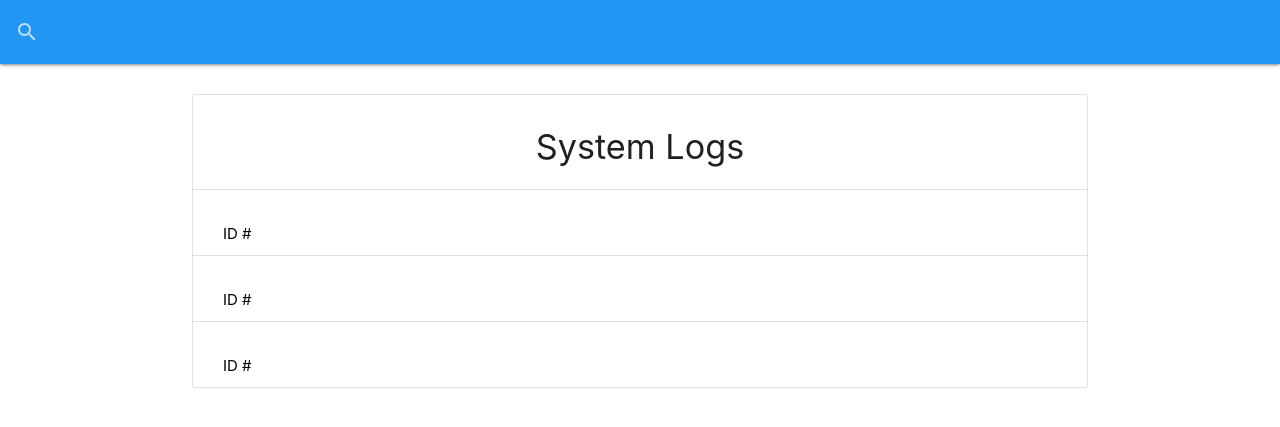
Repository: chinmayparab/log-keeper
Page: /
These files come from the project's save history. The page is drawn as it stood at one moment and after the next save; the edit follows.
The browser window is 1280 px wide. The pictures show the whole page.
The project was rebuilt for these pictures with package versions that can differ from the ones it lists, and the page was loaded fresh each time. Requests to the local data server were answered from the project's data file. Also part of the build but not shown: src/App.css.

Above is the page before, as saved 2020-06-26 23:55:07.

### public/index.html
<!DOCTYPE html>
<html lang="en">
  <head>
    <meta charset="utf-8" />
    <link rel="icon" href="%PUBLIC_URL%/favicon.ico" />
    <meta name="viewport" content="width=device-width, initial-scale=1" />
    <meta name="theme-color" content="#000000" />
    <meta
      name="description"
      content="Web site created using create-react-app"
    />
    <link rel="apple-touch-icon" href="%PUBLIC_URL%/logo192.png" />
    <link
      href="https://fonts.googleapis.com/icon?family=Material+Icons"
      rel="stylesheet"
    />
    <link rel="manifest" href="%PUBLIC_URL%/manifest.json" />
    <title>System Logger</title>
  </head>
  <body>
    <noscript>You need to enable JavaScript to run this app.</noscript>
    <div id="root"></div>
  </body>
</html>

### src/App.js
import React, { Fragment, useEffect } from "react";
import SearchBar from "./components/layout/SearchBar";
import Logs from "./components/logs/Logs";
import "materialize-css/dist/css/materialize.min.css";
import M from "materialize-css/dist/js/materialize.min.js";
import "./App.css";

const App = () => {
  useEffect(() => {
    M.AutoInit();
  });

  return (
    <Fragment>
      <SearchBar />
      <div className='container'>
        <Logs />
      </div>
    </Fragment>
  );
};

export default App;

### src/components/layout/SearchBar.js
import React from "react";

const SearchBar = () => {
  return (
    <nav style={{ marginBottom: "30px" }} className='blue'>
      <div className='nav-wrapper'>
        <form>
          <div className='input-field'>
            <input id='search' type='search' />
            <label className='label-icon' hmtlFor='search'>
              <i className='material-icons'>search</i>
            </label>
            <i className='material-icons'>close</i>
          </div>
        </form>
      </div>
    </nav>
  );
};

export default SearchBar;

### src/components/logs/Logs.js
import React, { useState, useEffect } from "react";
import LogItem from "./LogItem";

const Logs = () => {
  const [logs, setLogs] = useState([]);
  const [loading, setLoading] = useState(false);

  useEffect(() => {
    getLogs();
    //eslint-disable-next=line
  }, []);

  const getLogs = async () => {
    setLoading(true);
    const res = await fetch("/logs");
    const data = await res.json();

    setLogs(data);
    setLoading(false);
  };

  if (loading) {
    return <h4>Loading...</h4>;
  }

  return (
    <div>
      <ul className='collection with-header'>
        <li className='collection-header'>
          <h4 className='center'>System Logs</h4>
        </li>
        {!loading && logs.length === 0 ? (
          <p className='center'>No logs to show...</p>
        ) : (
          logs.map((log) => <LogItem log={log} key={log.id} />)
        )}
      </ul>
    </div>
  );
};

export default Logs;

### src/components/logs/LogItem.js
import React from "react";
import Moment from "react-moment";
import PropTypes from "prop-types";

const LogItem = (log) => {
  return (
    <li className='collection-item'>
      <div>
        <a
          href='#edit-log-modal'
          className={`modal-trigger ${log.attention ? "re-text" : "blue-text"}`}
        >
          {log.message}
        </a>
        <br />
        <span className='grey-text'>
          <span className='black-text'>ID #{log.id}</span>
          <span className='black-text'>{log.tech}</span>
        </span>
      </div>
    </li>
  );
};

LogItem.propTypes = {
  log: PropTypes.object.isRequired,
};

export default LogItem;

### db.json
{
  "logs": [
    {
      "id": 1,
      "message": "Changed stuff",
      "attention": false,
      "date": "07-12-2018",
      "tech": "Lil Pete"
    },
    {
      "id": 2,
      "message": "Didint do shiz",
      "attention": true,
      "date": "04-11-2018",
      "tech": "Skinny Badger"
    },
    {
      "id": 3,
      "message": "Modified and edited stuff",
      "attention": true,
      "date": "27-12-2018",
      "tech": "Jene Grey"
    }
  ],
  "techs": [
    {
      "id": 1,
      "firstName": "Lil",
      "lastName": "Pete"
    },
    {
      "id": 3,
      "firstName": "Skinny",
      "lastName": "Badger"
    },
    {
      "id": 3,
      "firstName": "Jene",
      "lastName": "Grey"
    }
  ]
}

Loaded but not shown: src/index.js (common file)

After the next save:
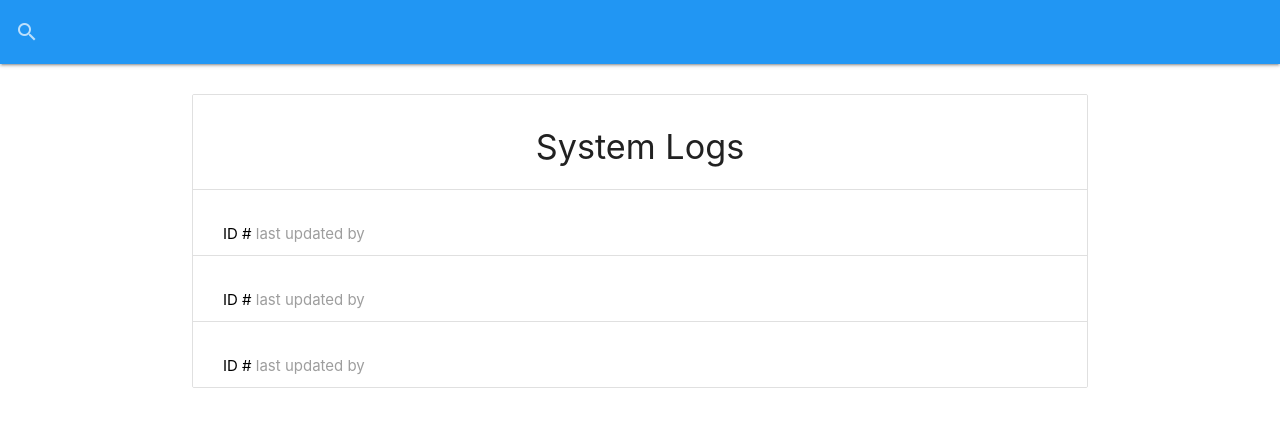
Saved 15 s later.
--- a/src/components/logs/LogItem.js
+++ b/src/components/logs/LogItem.js
@@ -14,7 +14,7 @@ const LogItem = (log) => {
         </a>
         <br />
         <span className='grey-text'>
-          <span className='black-text'>ID #{log.id}</span>
+          <span className='black-text'>ID #{log.id}</span> last updated by {""}
           <span className='black-text'>{log.tech}</span>
         </span>
       </div>
